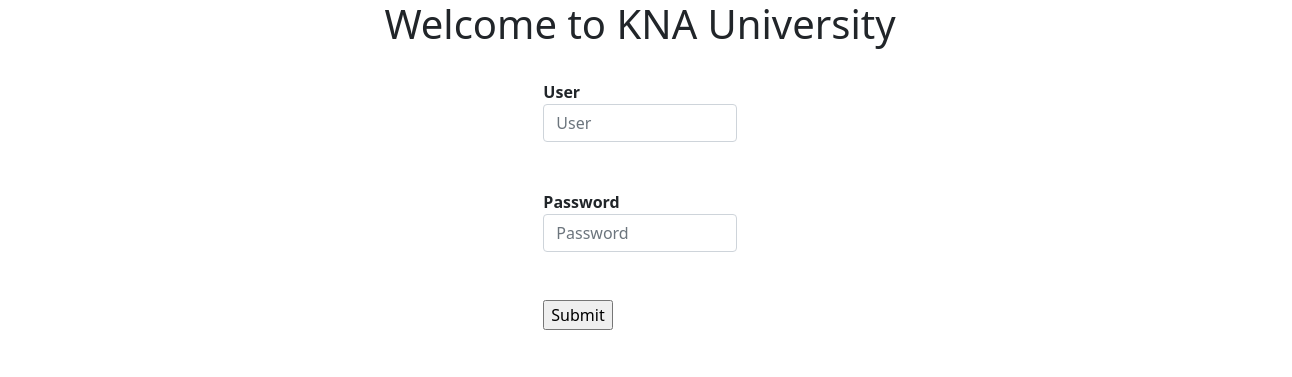
Repository: kavine24/CS490-Python-LMS
Page: html/index.html
An editor plug-in stored every save of this project. The page is shown before and after the next save, followed by the edit.
The browser window is 1280 px wide. The page is 1292 px wide, so the pictures cover 1292 px, including what lies to the right of the window. The pictures show the whole page.

Above is the page before, as saved 2022-04-03 18:28:19.

### html/index.html
<!DOCTYPE html>
<html>
  <head>
    <title>CS 490 Testing Center</title>
    <!--<link rel="stylesheet" href="style.css">-->

    <link href="https://cdn.jsdelivr.net/npm/bootstrap@5.1.3/dist/css/bootstrap.min.css" rel="stylesheet" integrity="sha384-1BmE4kWBq78iYhFldvKuhfTAU6auU8tT94WrHftjDbrCEXSU1oBoqyl2QvZ6jIW3" crossorigin="anonymous">
  </head>
  <body>
    <h1 class="text-center" id="indexLog">Welcome to KNA University</h1><br>
    <div class="row align-items-center justify-content-center">
      <div class="col-2 align-self-center" id="divForm">
        <form id="myForm" onsubmit="submitLogin()">

          <div class="form-group" >
            <strong>User</strong><br>
            <input  class="form-control" type="text" id="user" name="user" placeholder="User" required><br>
          </div>
          <br>

          <div class="form-group" >
            <strong>Password</strong><br>
            <input class="form-control" type="password" id="pass" name="pass" placeholder="Password" required><br>
          </div>
          <br>

          <input id="submit" type="submit" placeholder="Submit" class="submit"></input>

        </form>
      </div>
    </div>

    <script>

      const form = document.getElementById("myForm");
      function handleForm(event) { event.preventDefault(); }
      form.addEventListener('submit', handleForm);

      let attemptMade = false;

      function submitLogin(){

        var user = document.getElementById('user').value;
        var pass = document.getElementById('pass').value;
        var requestType = 'LoginRequestFTM';

        const data = {user, pass, requestType};

        const options = {
          method:'POST',
          headers: {
              "Content-type": "application/json; charset=UTF-8"
          },
          body: JSON.stringify(data)
        };

        fetch('http://cs490testcenter.ddns.net:50000/portal/frontBrowser.php', options)
        .then(response =>  response.json())
        .then(data => {
          if (data.loginType === "0") {
            location.assign('http://cs490testcenter.ddns.net:50000/portal/s/Home.php');
          } else if (data.loginType === "1") {
            location.assign('http://cs490testcenter.ddns.net:50000/portal/t/Home.php');
          } else {
            if (!attemptMade) {
              const newContent = document.createElement("div");
              newContent.setAttribute("class", "alert alert-danger");
              newContent.appendChild(document.createTextNode("BAD LOGIN CREDENTIALS!"));

              const curr = document.getElementById("submit");
              document.getElementById("myForm").insertBefore(newContent, curr);
              document.getElementById("myForm").insertBefore(document.createElement("br"), curr);
              attemptMade = true;
            }
          }
        })
        .catch((error) => {
          console.error('Error:', error);
        });

      };

    </script>
  </body>
</html>

After the next save:
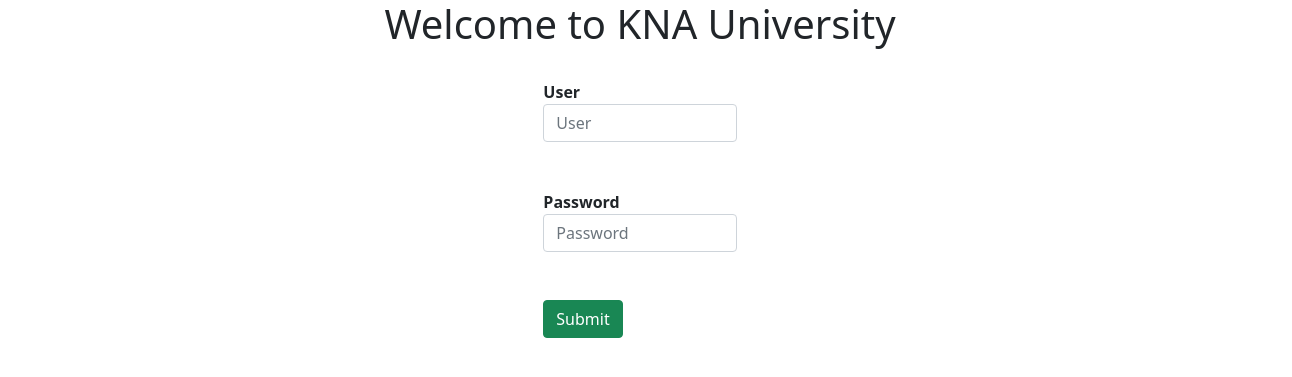
Saved 56 s later.
--- a/html/index.html
+++ b/html/index.html
@@ -24,7 +24,7 @@
           </div>
           <br>
 
-          <input id="submit" type="submit" placeholder="Submit" class="submit"></input>
+          <input class="btn btn-success" id="submit" type="submit" placeholder="Submit" class="submit"></input>
 
         </form>
       </div>
